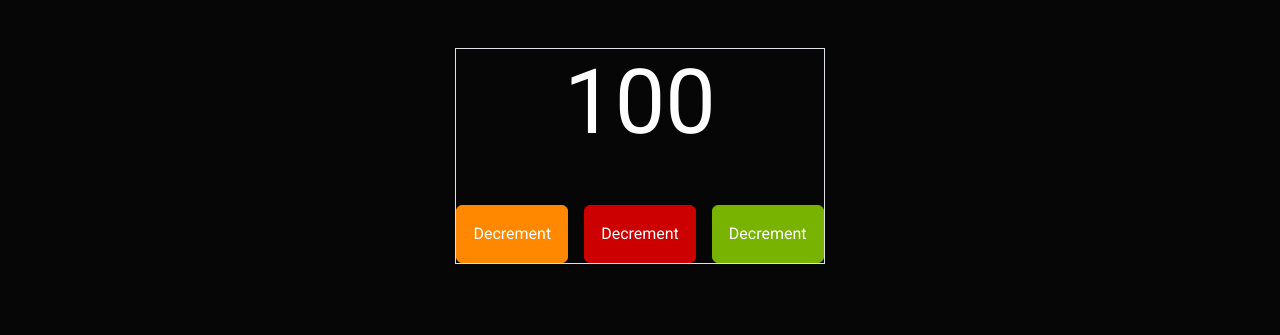
Repository: Afraz13/Emoboo
Page: /
An editor plug-in stored every save of this project. The page is shown before and after the next save, followed by the edit.
The browser window is 1280 px wide. The pictures show the whole page.
The project was rebuilt for these pictures with package versions that can differ from the ones it lists, and the page was loaded fresh each time.

Above is the page before, as saved 2024-08-15 12:35:40.

After the next save:
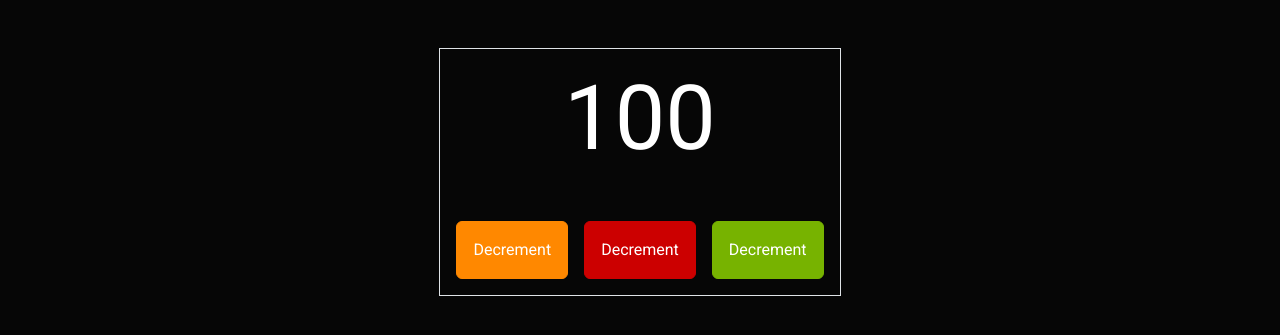
Saved 8 s later.
--- a/src/compontent/Counter.jsx
+++ b/src/compontent/Counter.jsx
@@ -3,7 +3,7 @@ import React from 'react'
 function Counter() {
   return (
     <div className='d-flex justify-content-center align-items-center w-100 flex-column mt-5  '>
-        <div className='border'>
+        <div className='border p-3'>
         <h1 style={{fontSize:'90px'}}>100</h1>
         <div className='mt-5'>
             <button className='btn btn-warning p-3'>Decrement</button>
